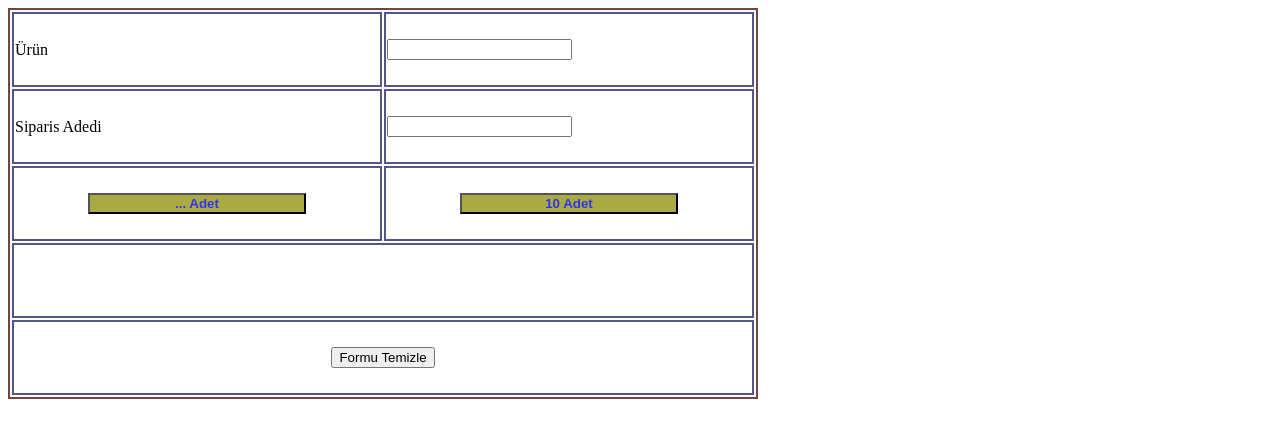
Repository: emrebolukbas/.js-Training-Tobeto
Page: 3-Siparis/public/Siparis.html
These files come from the project's save history. The page is drawn as it stood at one moment and after the next save; the edit follows.
The browser window is 1280 px wide. The pictures show the whole page.

Above is the page before, as saved 2023-10-08 12:34:02.

After the next save:
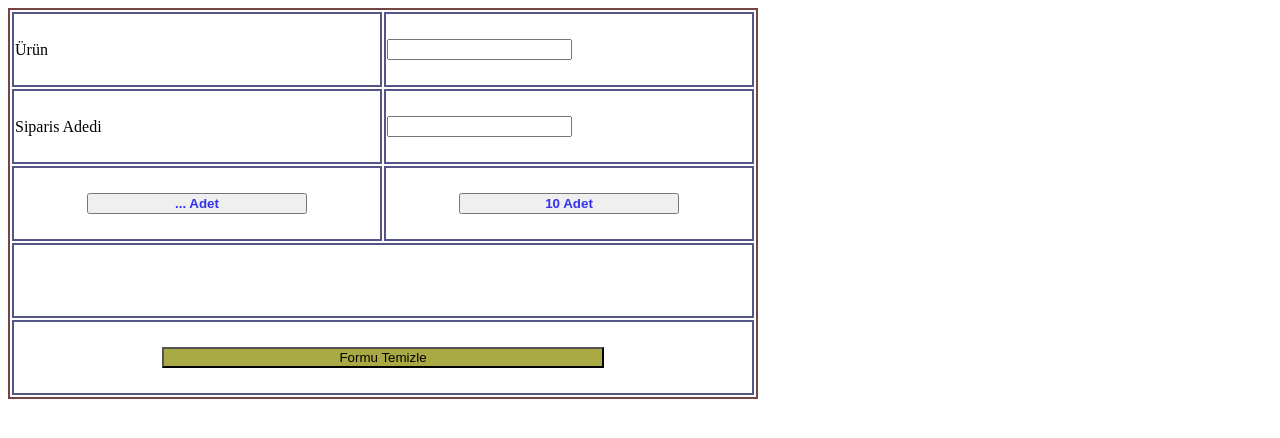
Saved 17 s later.
--- a/3-Siparis/public/Siparis.css
+++ b/3-Siparis/public/Siparis.css
@@ -31,7 +31,7 @@ button.button-1 {
 	font-weight: 900;
 }
 
-button.button-1 {
+button.button-2 {
 	background-color: #aa4;
 	width: 60%;
 }
